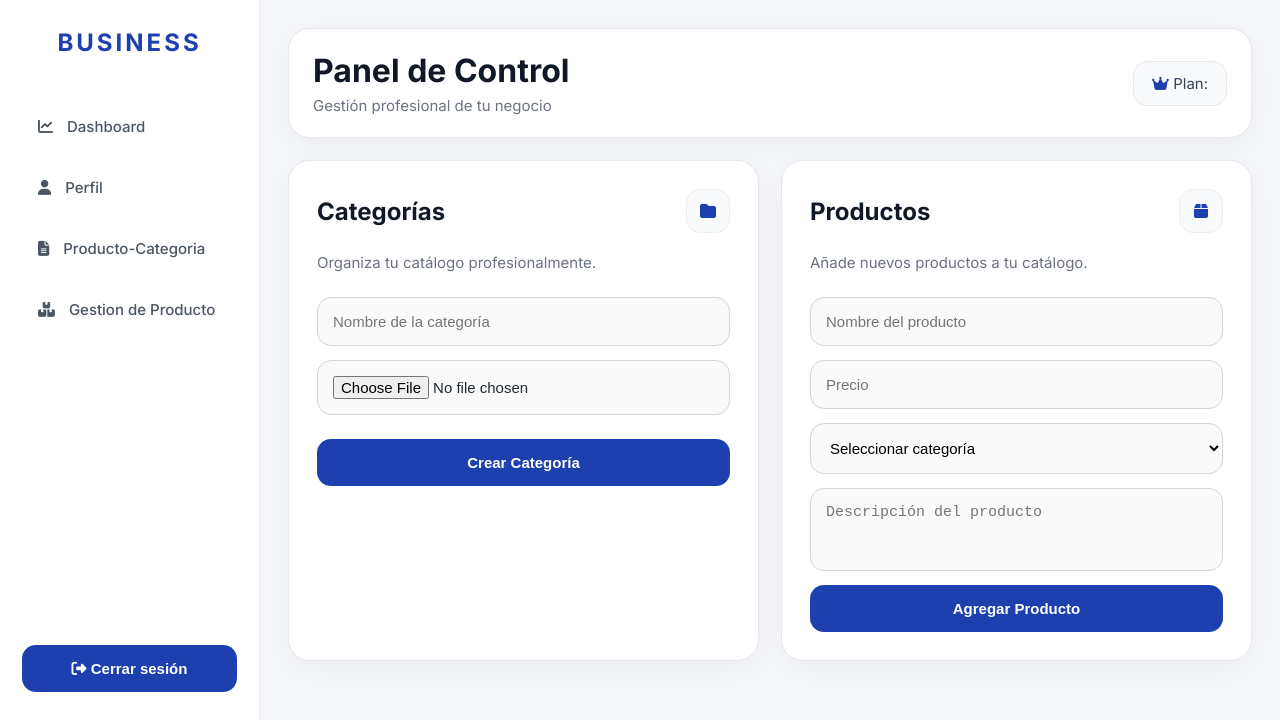
Repository: BrianCarringtom/menuqr
Page: resources/views/business/producto.blade.php
The author's editor kept a copy of each file at every save. The page is drawn from the files as they stood at one save, then again after the next save.
The browser window is 1280 px wide. The pictures show the whole page.
The page is served by the project's Laravel application, run on PHP 8.4 with Laravel 12. A made-up administrator, Test User (test@example.com), is signed in. The template is opened directly, without the code that normally fills it, so the values that code supplies are empty.

Above is the page before, as saved 2026-06-04 11:58:06.

After the next save:
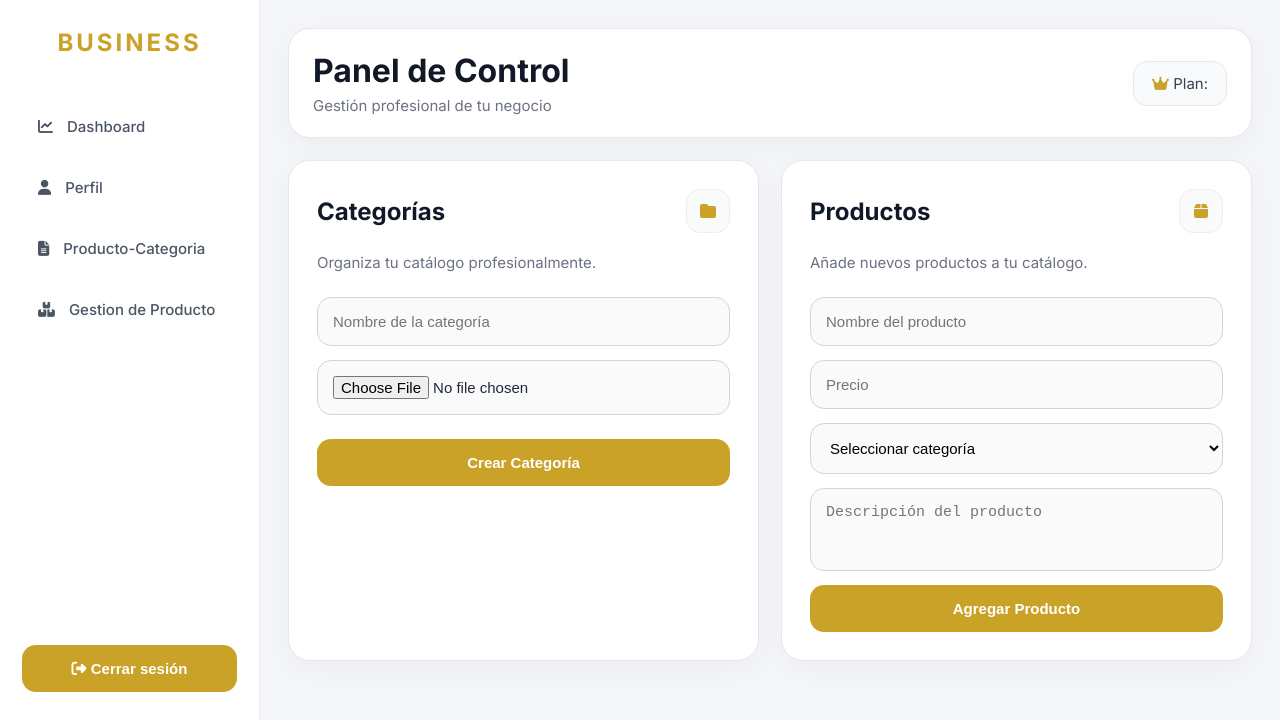
Saved 5 s later.
--- a/resources/views/business/producto.blade.php
+++ b/resources/views/business/producto.blade.php
@@ -47,7 +47,7 @@
 
         .sidebar h2 {
             text-align: center;
-            color: #1e40af;
+            color: #c9a227;
             font-weight: 700;
             letter-spacing: 3px;
             font-size: 24px;
@@ -72,14 +72,14 @@
         }
 
         .menu a:hover {
-            background: #eff6ff;
-            color: #1e40af;
+            background: #fff7df;
+            color: #c9a227;
             transform: translateX(3px);
         }
 
         .logout-btn {
             width: 100%;
-            background: #1e40af;
+            background: #c9a227;
             border: none;
             padding: 15px;
             border-radius: 14px;
@@ -91,7 +91,7 @@
         }
 
         .logout-btn:hover {
-            background: #1e3a8a;
+            background: #aa861d;
         }
 
         /* ================= MAIN ================= */
@@ -214,8 +214,8 @@
         input:focus,
         select:focus,
         textarea:focus {
-            border-color: #1e40af;
-            box-shadow: 0 0 0 4px rgba(30, 64, 175, 0.12);
+            border-color: #c9a227;
+            box-shadow: 0 0 0 4px rgba(201, 162, 39, 0.12);
         }
 
         textarea {
@@ -225,7 +225,7 @@
         /* ================= BOTONES ================= */
 
         .btn-gold {
-            background: #1e40af;
+            background: #c9a227;
             color: white;
             border: none;
             border-radius: 14px;
@@ -237,8 +237,8 @@
         }
 
         .btn-gold:hover {
-            background: #1d4ed8;
-            box-shadow: 0 10px 20px rgba(30, 64, 175, 0.28);
+            background: #b8911f;
+            box-shadow: 0 10px 20px rgba(201, 162, 39, 0.28);
         }
 
         .btn-gold:active {
@@ -308,7 +308,7 @@
             height: 52px;
             border: none;
             border-radius: 14px;
-            background: #1e40af;
+            background: #c9a227;
             color: white;
             font-size: 20px;
             cursor: pointer;
@@ -549,7 +549,7 @@
 
                 <div class="header-box">
 
-                    <i class="fas fa-crown" style="color:#1e40af;"></i>
+                    <i class="fas fa-crown" style="color:#c9a227;"></i>
 
                     Plan:
                     {{ ucfirst(auth()->user()->plan) }}
@@ -588,7 +588,7 @@
                         <h3>Categorías</h3>
 
                         <div class="icon-box">
-                            <i class="fas fa-folder" style="color:#1e40af;"></i>
+                            <i class="fas fa-folder" style="color:#c9a227;"></i>
                         </div>
 
                     </div>
@@ -625,7 +625,7 @@
                         <h3>Productos</h3>
 
                         <div class="icon-box">
-                            <i class="fas fa-box" style="color:#1e40af;"></i>
+                            <i class="fas fa-box" style="color:#c9a227;"></i>
                         </div>
 
                     </div>
